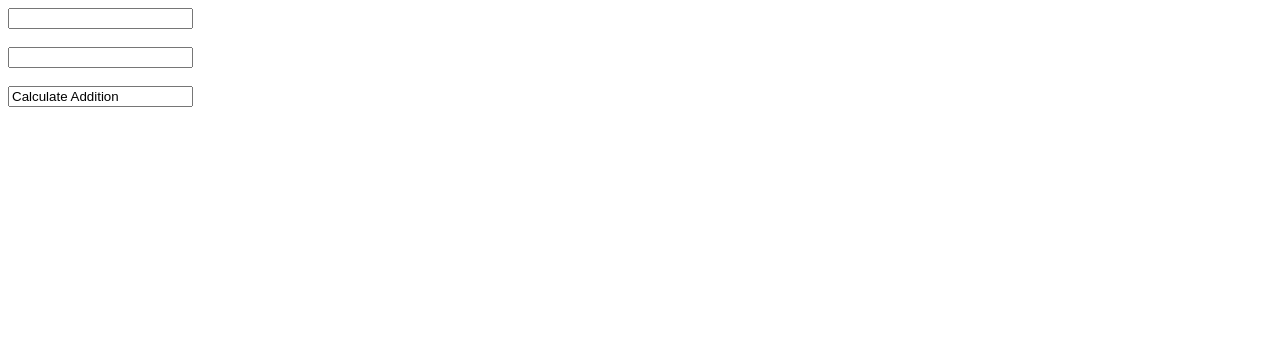
Repository: KiranNaikwadi/JSP
Page: http://localhost/Program/Add.jsp
The author's editor kept a copy of each file at every save. The page is drawn from the files as they stood at one save, then again after the next save.
The browser window is 1280 px wide. The pictures show the whole page.
The page is served by Tomcat 9.

Above is the page before, as saved 2024-04-06 04:42:33.

After the next save:
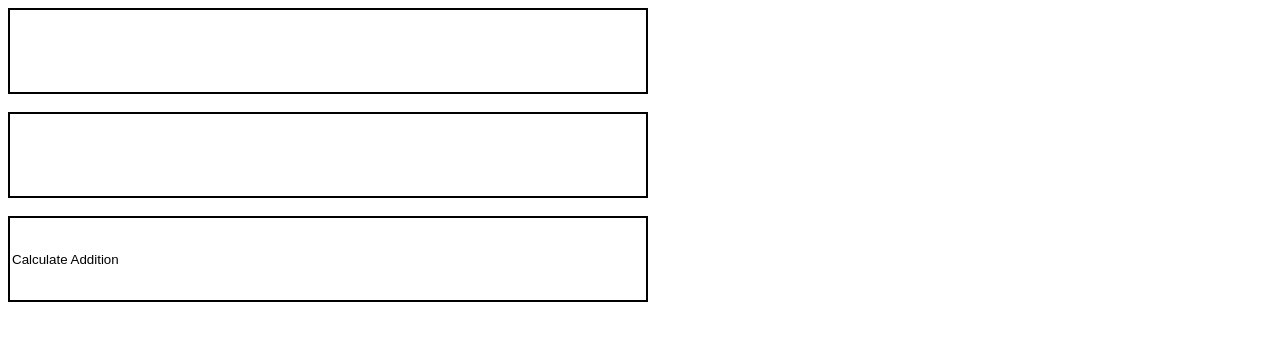
Saved 77 s later.
--- a/Program/src/main/webapp/Add.jsp
+++ b/Program/src/main/webapp/Add.jsp
@@ -5,6 +5,14 @@
 <head>
 <meta charset="UTF-8">
 <title>Insert title here</title>
+<style>
+input{
+height:80px;
+width:50%;
+border: 2px solid black;
+
+}
+</style>
 </head>
 <body>
 <%!
